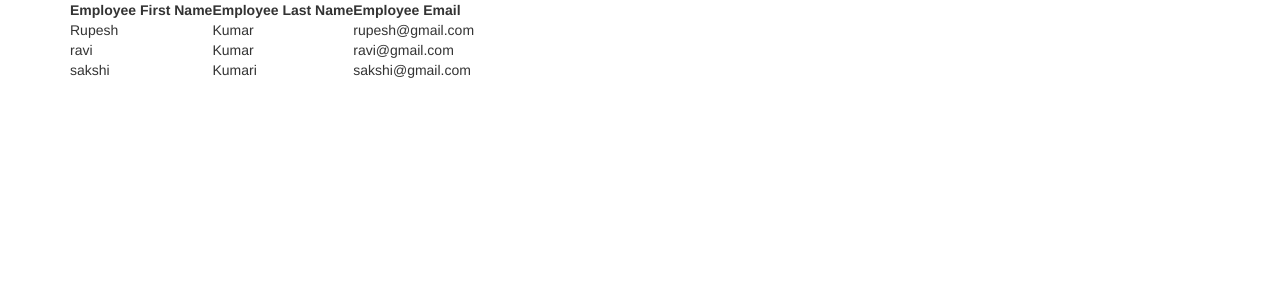
Repository: jha6435/phase3Revision
Page: http://localhost/add-bootstrap
These files come from the project's save history. The page is drawn as it stood at one moment and after the next save; the edit follows.
The browser window is 1280 px wide. The pictures show the whole page.
The page is this project's Thymeleaf template; nobody is signed in. The template is opened directly, without the code that normally fills it, so the values that code supplies are empty.

Above is the page before, as saved 2023-07-03 12:32:49.

After the next save:
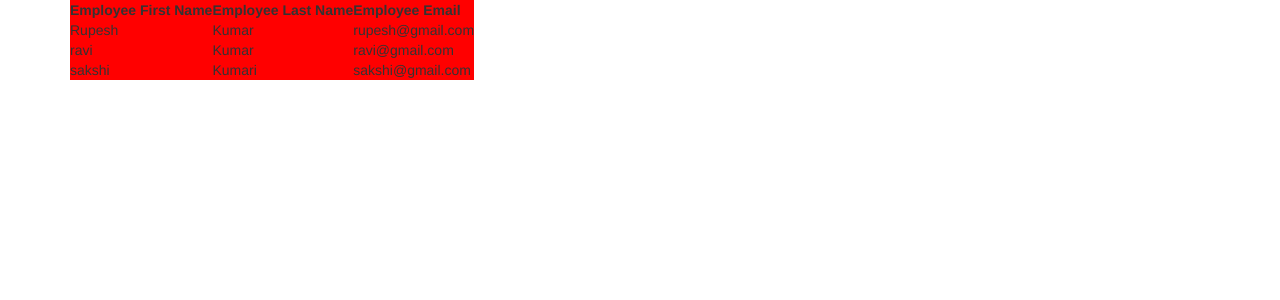
Saved 115 s later.
--- a/Thtmeleaf_Demo1/src/main/resources/templates/add-bootstrap.html
+++ b/Thtmeleaf_Demo1/src/main/resources/templates/add-bootstrap.html
@@ -7,7 +7,7 @@
 <link rel="stylesheet" href="https://cdn.jsdelivr.net/npm/bootstrap@3.3.7/dist/css/bootstrap.min.css"
 integrity="sha384-BVYiiSIFeK1dGmJRAkycuHAHRg32OmUcww7on3RYdg4Va+PmSTsz/K68vbdEjh4u"
 crossorigin="anonymous">
-<link th:href="@{/css/main.css}" rel="stylesheet">
+<link th:href="@{/css/bootstrap.css}" rel="stylesheet">
 </head>
 <body>
 <div class="container">
